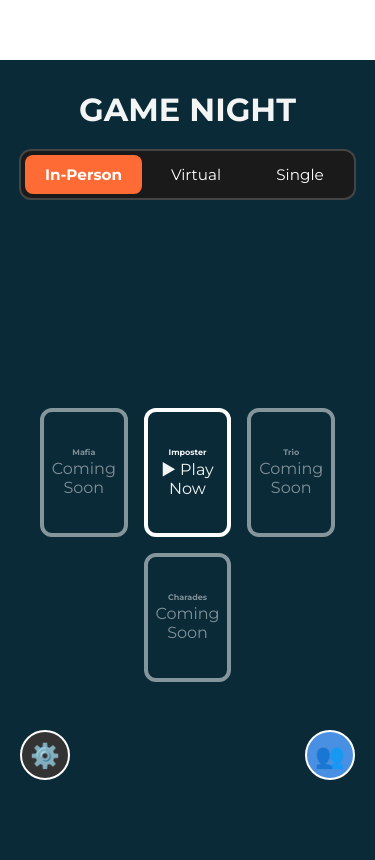
Repository: nfemmanuel/game-night-app
Page: /
These files come from the project's save history. The page is drawn as it stood at one moment and after the next save; the edit follows.
The browser window is 375 px wide. The pictures show the whole page.
The project was rebuilt for these pictures with package versions that can differ from the ones it lists, and the page was loaded fresh each time. Also part of the build but not shown: src/components/BackButton.jsx, src/components/HelpButton.jsx, src/pages/imposter/ImposterSetup.jsx, src/data/wordList.js, src/pages/imposter/ImposterReveal.jsx, src/pages/imposter/ImposterVoting.jsx.

Above is the page before, as saved 2026-01-03 23:28:13.

After the next save:
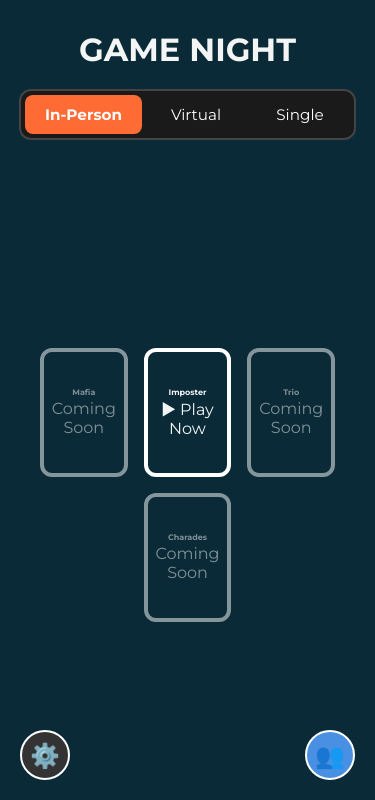
Saved 7 min 53 s later.
--- a/src/styles/global.css
+++ b/src/styles/global.css
@@ -11,11 +11,8 @@
     -webkit-font-smoothing: antialiased;
     -moz-osx-font-smoothing: grayscale;
     color: white;
-    padding-top: 70px;
     overflow-x: hidden;
 }
-
-/* Theme will be applied via inline styles in components */
 
 button {
     font-family: inherit;
@@ -30,20 +27,12 @@
 
 /* Mobile optimizations */
 @media (max-width: 768px) {
-    body {
-        padding-top: 60px;
-    }
-
     .page-title {
         font-size: 2rem !important;
     }
 }
 
 @media (max-width: 480px) {
-    body {
-        padding-top: 60px;
-    }
-
     .page-title {
         font-size: 1.5rem !important;
     }
